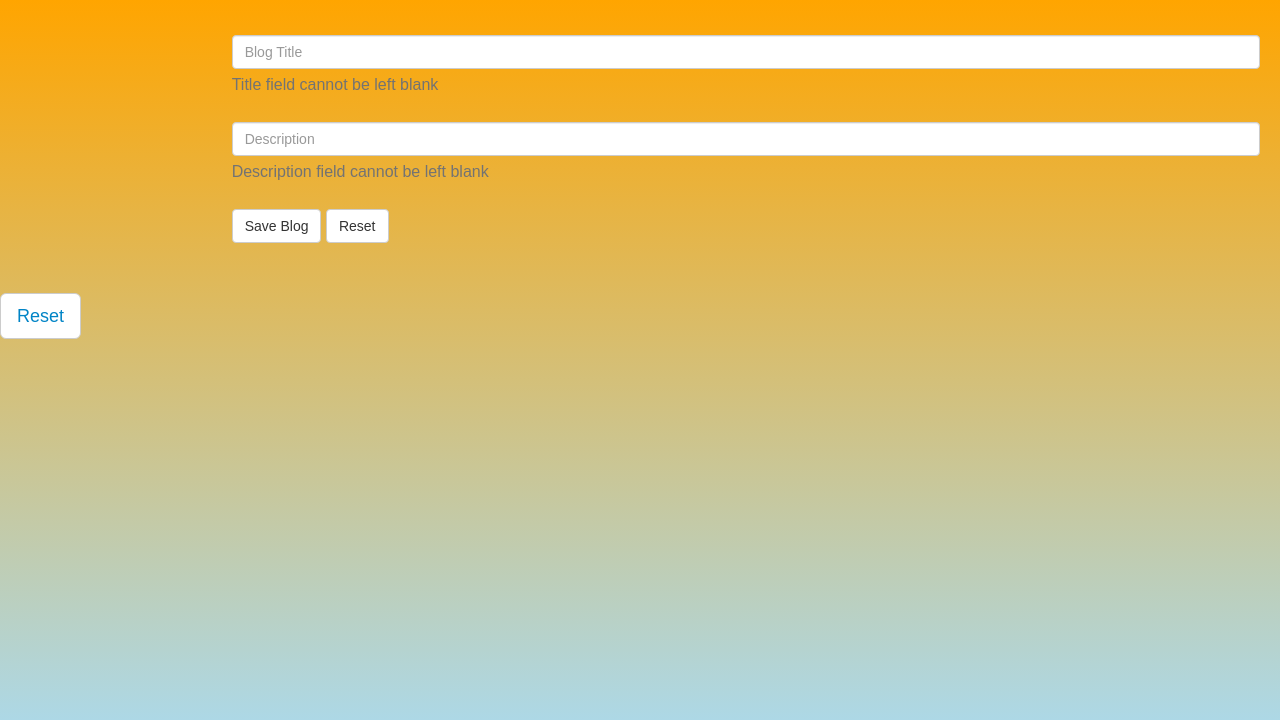
Repository: KaustubhKamat/CollaborationPlatform
Page: CollaborationFrontEnd/WebContent/c_blog/CreateBlog.html
These files come from the project's save history. The page is drawn as it stood at one moment and after the next save; the edit follows.
The browser window is 1280 px wide. The pictures show the whole page.
Some web libraries are served in a nearby version.

Above is the page before, as saved 2017-03-14 05:12:42.

After the next save:
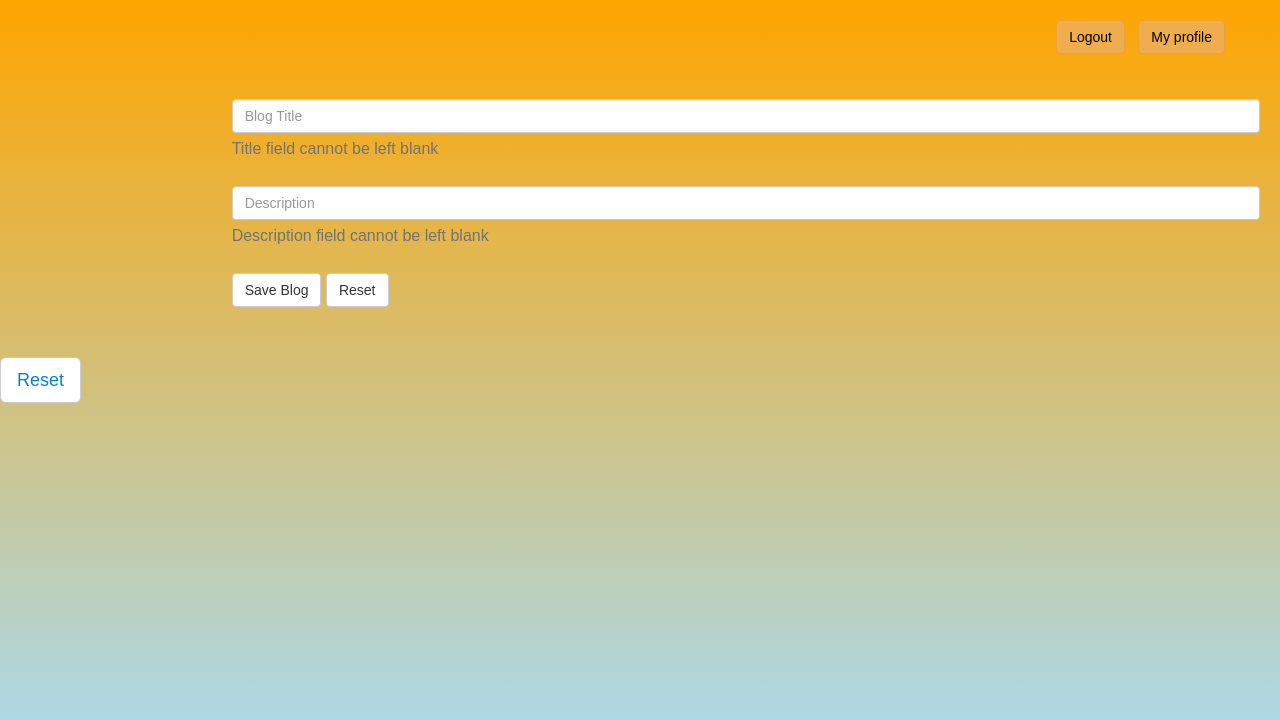
Saved 6 min 59 s later.
--- a/CollaborationFrontEnd/WebContent/c_blog/CreateBlog.html
+++ b/CollaborationFrontEnd/WebContent/c_blog/CreateBlog.html
@@ -50,7 +50,15 @@ h2 {
 
 <body ng-app="">
 
-
+<div class="container">
+		<div class="nav navbar-nav navbar-right">
+			<h3>
+				<a href="#" ng-click="ctrl.logoutUser()" class="btn btn-warning"
+					style="color: black"> Logout</a> &nbsp<a href="#/MyProfile"
+					class="btn btn-warning" style="color: black">My profile</a>
+			</h3>
+		</div>
+		</div>
 
 <div ng-controller="BlogController as ctrl">
 
